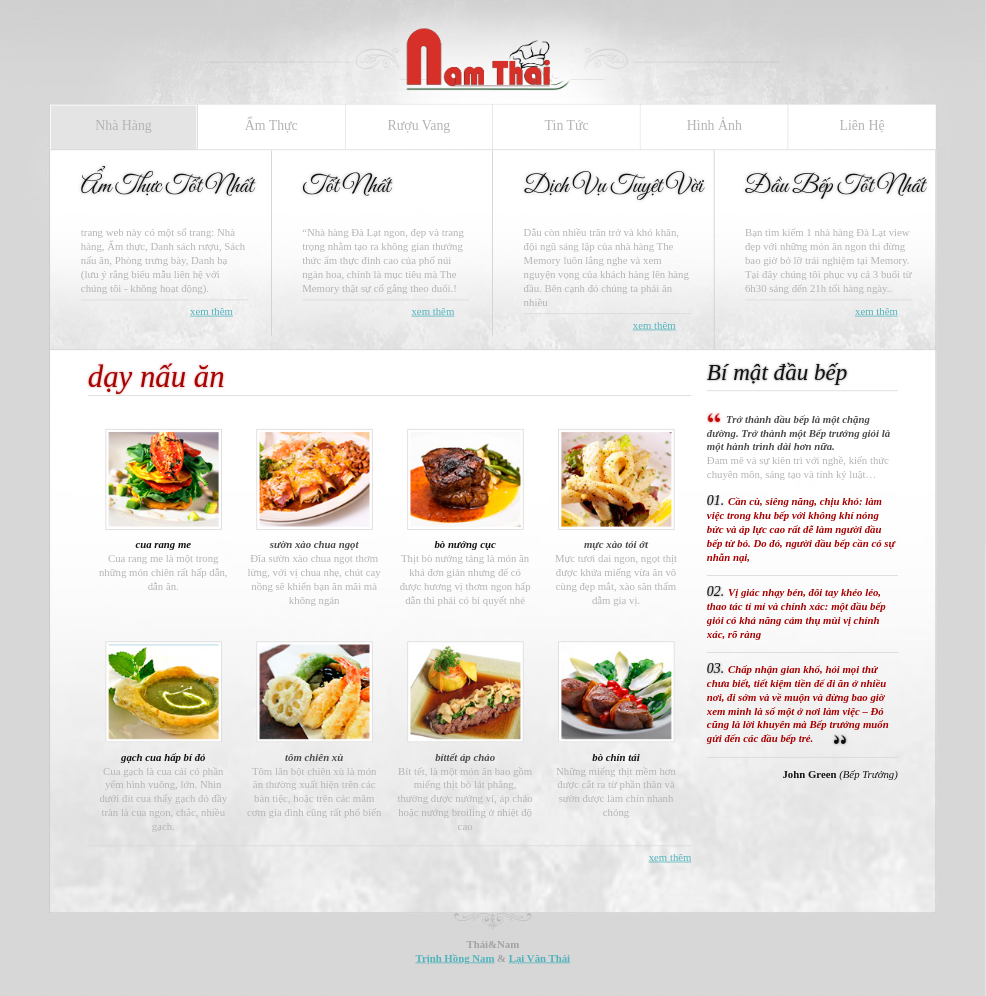
Repository: thaiLVT/DoAnThucTapNamThai
Page: cookbook.html
An editor plug-in stored every save of this project. The page is shown before and after the next save, followed by the edit.
The browser window is 1280 px wide. The pictures show the whole page, at 77% of full size.

Above is the page before, as saved 2022-05-04 01:02:41.

### cookbook.html
<!DOCTYPE html>
<html lang="en">

<head>
    <title>Cookbook</title>
    <meta charset="utf-8">
    <meta name="viewport" content="width=device-width, initial-scale=1, maximum-scale=1">
    <link rel="stylesheet" type="text/css" media="screen" href="css/reset.css">
    <link rel="stylesheet" type="text/css" media="screen" href="css/style.css">
    <link rel="stylesheet" href="css/zerogrid.css" type="text/css" media="all">
    <link rel="stylesheet" href="css/responsive.css" type="text/css" media="all">
    <link href='http://fonts.googleapis.com/css?family=Great+Vibes' rel='stylesheet' type='text/css'>
    <script type="text/javascript" src="https://ajax.googleapis.com/ajax/libs/jquery/3.6.0/jquery.min.js"></script>
    <script src="js/main.js"></script>
    <script src="js/slider.js"></script>
</head>

<body>
    <div class="bg-top">
        <div class="bgr">
            <!--==============================header=================================-->
            <header>
                <div class="zerogrid">
                    <h1>
                        <a style="width: 14rem;" href="index.html"><img src="images/logo.png" alt=""></a>
                    </h1>
                    <nav>
                        <ul class="menu">
                            <li class="current"><a href="index.html">nhà hàng</a></li>
                            <li><a href="cuisine.html">ẩm thực</a></li>
                            <li><a href="wine_list.html">rượu vang</a></li>
                            <li><a href="cookbook.html">tin tức</a></li>
                            <li><a href="gallery.html">hình ảnh</a></li>
                            <li><a href="contacts.html">liên hệ</a></li>
                        </ul>
                        <div class="clear"></div>
                    </nav>
                </div>
            </header>
            <!--==============================content================================-->
            <section id="content">
                <div class="zerogrid">
                    <div class="block-1">
                        <div class="col-1-4">
                            <div class="pad border-right">
                                <div class="block-1-title">
                                    <div class="text-1">ẩm thực tốt nhất</div>
                                    <strong class="clear"></strong>
                                </div>
                                <p class="border-1">trang web này có một số trang: Nhà hàng, Ẩm thực, Danh sách rượu, Sách nấu ăn, Phòng trưng bày, Danh bạ (lưu ý rằng biểu mẫu liên hệ với chúng tôi - không hoạt động).</p>
                                <a href="#" class="link-1">xem thêm</a>
                            </div>
                        </div>
                        <div class="col-1-4">
                            <div class="pad border-right">
                                <div class="block-1-title">
                                    <div class="text-1">tốt nhất</div>
                                    <strong class="clear"></strong>
                                </div>
                                <p class="border-1">“Nhà hàng Đà Lạt ngon, đẹp và trang trọng nhằm tạo ra không gian thưởng thức ẩm thực đỉnh cao của phố núi ngàn hoa, chính là mục tiêu mà The Memory thật sự cố gắng theo đuổi.!</p>
                                <a href="#" class="link-1">xem thêm</a>
                            </div>
                        </div>
                        <div class="col-1-4">
                            <div class="pad border-right">
                                <div class="block-1-title">
                                    <div class="text-1">dịch vụ tuyệt vời </div>
                                    <strong class="clear"></strong>
                                </div>
                                <p class="border-1"> Dẫu còn nhiều trăn trở và khó khăn, đội ngũ sáng lập của nhà hàng The Memory luôn lắng nghe và xem nguyện vọng của khách hàng lên hàng đầu. Bên cạnh đó chúng ta phải ăn nhiều</p>
                                <a href="#" class="link-1">xem thêm</a>
                            </div>
                        </div>
                        <div class="col-1-4">
                            <div class="pad">
                                <div class="block-1-title">
                                    <div class="text-1">đầu bếp tốt nhất</div>
                                    <strong class="clear"></strong>
                                </div>
                                <p class="border-1">Bạn tìm kiếm 1 nhà hàng Đà Lạt view đẹp với những món ăn ngon thì đừng bao giờ bỏ lỡ trải nghiệm tại Memory. Tại đây chúng tôi phục vụ cả 3 buổi từ 6h30 sáng đến 21h tối hàng ngày..</p>
                                <a href="#" class="link-1">xem thêm</a>
                            </div>
                        </div>
                    </div>
                    <div class="block-2 pad-2">
                        <div class="col-3-4">
                            <div class="wrap-col">
                                <h2 class="h2-line-3">dạy nấu ăn</h2>
                                <div class="box-5 top-4">
                                    <div class="col-1-4">
                                        <div class="wrap-col margin5">
                                            <div class="img-border"><img src="images/page4-img1.jpg" alt=""></div>
                                            <p><span class="it-bold clr-1">cua rang me</span><br>Cua rang me là một trong những món chiên rất hấp dẫn, dẫn ăn. </p>
                                        </div>
                                    </div>
                                    <div class="col-1-4">
                                        <div class="wrap-col margin5">
                                            <div class="img-border"><img src="images/page4-img2.jpg" alt=""></div>
                                            <p><span class="it-bold clr-2">sườn xào chua ngọt</span><br>Đĩa sườn xào chua ngọt thơm lừng, với vị chua nhẹ, chút cay nồng sẽ khiến bạn ăn mãi mà không ngán</p>
                                        </div>
                                    </div>
                                    <div class="col-1-4">
                                        <div class="wrap-col margin5">
                                            <div class="img-border"><img src="images/page4-img3.jpg" alt=""></div>
                                            <p><span class="it-bold clr-1">bò nướng cục </span><br>Thịt bò nướng tảng là món ăn khá đơn giản nhưng để có được hương vị thơm ngon hấp dẫn thì phải có bí quyết nhé</p>
                                        </div>
                                    </div>
                                    <div class="col-1-4">
                                        <div class="wrap-col margin5">
                                            <div class="img-border"><img src="images/page4-img4.jpg" alt=""></div>
                                            <p><span class="it-bold clr-2">mực xào tỏi ớt </span><br>Mực tươi dai ngon, ngọt thịt được khứa miếng vừa ăn vô cùng đẹp mắt, xào săn thấm dẫm gia vị. </p>
                                        </div>
                                    </div>
                                </div>
                                <div class="box-5 top-5 border-1">
                                    <div class="col-1-4">
                                        <div class="wrap-col margin5">
                                            <div class="img-border"><img src="images/page4-img5.jpg" alt=""></div>
                                            <p><span class="it-bold clr-1">gạch cua hấp bí đỏ </span><br>Cua gạch là cua cái có phần yếm hình vuông, lớn. Nhìn dưới đít cua thấy gạch đỏ đầy tràn là cua ngon, chắc, nhiều gạch. </p>
                                        </div>
                                    </div>
                                    <div class="col-1-4">
                                        <div class="wrap-col margin5">
                                            <div class="img-border"><img src="images/page4-img6.jpg" alt=""></div>
                                            <p><span class="it-bold clr-2">tôm chiên xù </span><br>Tôm lăn bột chiên xù là món ăn thường xuất hiện trên các bàn tiệc, hoặc trên các mâm cơm gia đình cũng rất phổ biến </p>
                                        </div>
                                    </div>
                                    <div class="col-1-4">
                                        <div class="wrap-col margin5">
                                            <div class="img-border"><img src="images/page4-img7.jpg" alt=""></div>
                                            <p><span class="it-bold clr-2">bíttết áp chảo</span><br>Bít tết, là một món ăn bao gồm miếng thịt bò lát phẳng, thường được nướng vỉ, áp chảo hoặc nướng broiling ở nhiệt độ cao</p>
                                        </div>
                                    </div>
                                    <div class="col-1-4">
                                        <div class="wrap-col margin5">
                                            <div class="img-border"><img src="images/page4-img8.jpg" alt=""></div>
                                            <p><span class="it-bold clr-1">bò chín tái </span><br>Những miếng thịt mềm hơn được cắt ra từ phần thăn và sườn được làm chín nhanh chóng</p>
                                        </div>
                                    </div>
                                </div>
                                <a href="#" class="link-1">xem thêm</a>
                            </div>
                        </div>
                        <div class="col-1-4">
                            <div class="wrap-col">
                                <h5 class="h5-line">Bí mật đầu bếp</h5>
                                <div class="comment-2">
                                    <p><img src="images/comment-top-2.png" alt=""><span class="clr-2 it-bold">Trở thành đầu bếp là một chặng đường. Trở thành một Bếp trưởng giỏi là một hành trình dài hơn nữa.</span><br> Đam mê và sự kiên trì với nghề, kiến
                                        thức chuyên môn, sáng tạo và tính kỷ luật…</p>
                                    <div class="number"><strong>01.</strong><span class="clr-3 it-bold">Cần cù, siêng năng, chịu khó: làm việc trong khu bếp với không khí nóng bức và áp lực cao rất dễ làm người đầu bếp từ bỏ. Do đó, người đầu bếp cần có sự nhẫn nại,</span></div>
                                    <div class="number"><strong>02.</strong><span class="clr-3 it-bold">Vị giác nhạy bén, đôi tay khéo léo, thao tác tỉ mỉ và chính xác: một đầu bếp giỏi có khả năng cảm thụ mùi vị chính xác, rõ ràng</span></div>
                                    <div class="number"><strong>03.</strong><span class="clr-3 it-bold">Chấp nhận gian khổ, hỏi mọi thứ chưa biết, tiết kiệm tiền để đi ăn ở nhiều nơi, đi sớm và về muộn và đừng bao giờ xem mình là số một ở nơi làm việc – Đó cũng là lời khuyên mà Bếp trưởng muốn gửi đến các đầu bếp trẻ. <img src="images/comment-bottom-2.png" alt="" class="second" ></span></div>
                                    <span class="clr-1"><strong>John Green</strong> <i>(Bếp Trưởng)</i></span>
                                </div>
                            </div>
                        </div>
                    </div>
                </div>
            </section>

            <!--==============================footer=================================-->
            <footer>
                <div class="zerogrid">
                    <p>Thái&Nam<br>
                        <a rel="nofollow" href="https://www.facebook.com/hongnam.trinh.56" target="_blank" class="link">Trịnh Hồng Nam</a> & <a rel="nofollow" href="https://www.facebook.com/laivanthai.1611" class="link">Lại Văn Thái</a></p>
                </div>
            </footer>
        </div>
    </div>
</body>

</html>

### css/zerogrid.css
/*
Zerotheme.com | Free Html5 Responsive Templates
Zerogrid - A Single Grid System for Responsive Design
Author: Kimmy
Version : 2.1
Author URI: https://www.zerotheme.com/
*/


/* -------------------------------------------- */


/* ------------------Grid System--------------- */

.zerogrid {
    width: 90vw;
    position: relative;
    margin: 0 auto;
    padding: 0px;
}

.zerogrid:after {
    content: "\0020";
    display: block;
    height: 0;
    clear: both;
    visibility: hidden;
}

.zerogrid .row {}

.zerogrid .row:before,
.row:after {
    content: '\0020';
    display: block;
    overflow: hidden;
    visibility: hidden;
    width: 0;
    height: 0;
}

.zerogrid .row:after {
    clear: both;
}

.zerogrid .row {
    zoom: 1;
}

.zerogrid .wrap-col {
    margin: 10px;
}

.zerogrid .col-1-2,
.zerogrid .col-1-3,
.zerogrid .col-2-3,
.zerogrid .col-1-4,
.zerogrid .col-2-4,
.zerogrid .col-3-4,
.zerogrid .col-1-5,
.zerogrid .col-2-5,
.zerogrid .col-3-5,
.zerogrid .col-4-5,
.zerogrid .col-1-6,
.zerogrid .col-2-6,
.zerogrid .col-3-6,
.zerogrid .col-4-6,
.zerogrid .col-5-6 {
    float: left;
    display: inline-block;
}

.zerogrid .col-full {
    width: 100%;
}

.zerogrid .col-1-2 {
    width: 50%;
}

.zerogrid .col-1-3 {
    width: 33.33%;
}

.zerogrid .col-2-3 {
    width: 66.66%;
}

.zerogrid .col-1-4 {
    width: 25%;
}

.zerogrid .col-2-4 {
    width: 50%;
}

.zerogrid .col-3-4 {
    width: 75%;
}

.zerogrid .col-1-5 {
    width: 20%;
}

.zerogrid .col-2-5 {
    width: 40%;
}

.zerogrid .col-3-5 {
    width: 60%;
}

.zerogrid .col-4-5 {
    width: 80%;
}

.zerogrid .col-1-6 {
    width: 16.66%;
}

.zerogrid .col-2-6 {
    width: 33.33%;
}

.zerogrid .col-3-6 {
    width: 50%;
}

.zerogrid .col-4-6 {
    width: 66.66%;
}

.zerogrid .col-5-6 {
    width: 83.33%;
}

@media only screen and (min-width: 768px) and (max-width: 949px) {
    .zerogrid {
        width: 90vw;
    }
    .text-1 {
        font-size: 1.2rem !important;
    }
}

@media only screen and (max-width: 767px) {
    .zerogrid {
        width: 100%;
    }
    .text-1 {
        font-size: 1.2rem !important;
    }
}

@media only screen and (min-width: 620px) and (max-width: 767px) {
    .zerogrid {
        width: 100%;
    }
    .text-1 {
        font-size: 1.2rem !important;
    }
}

@media only screen and (max-width: 619px) {
    .zerogrid,
    .zerogrid .col-1-2,
    .zerogrid .col-1-3,
    .zerogrid .col-2-3,
    .zerogrid .col-1-4,
    .zerogrid .col-2-4,
    .zerogrid .col-3-4,
    .zerogrid .col-1-5,
    .zerogrid .col-2-5,
    .zerogrid .col-3-5,
    .zerogrid .col-4-5,
    .zerogrid .col-1-6,
    .zerogrid .col-2-6,
    .zerogrid .col-3-6,
    .zerogrid .col-4-6,
    .zerogrid .col-5-6 {
        width: 100%;
    }
}

### css/responsive.css
html {
    -webkit-text-size-adjust: none;
}

.video embed,
.video object,
.video iframe {
    width: 100%;
    height: auto;
}

img {
    max-width: 100%;
    height: auto;
    width: auto\9;
    /* ie8 */
}


/*------------------------*/

@media only screen and (max-width: 949px) {
    header {
        text-align: center;
    }
    h1 {
        background: none;
        margin-left: 0;
        padding-left: 0;
        width: auto;
    }
    ul.menu li:first-child a {
        width: 124px !important;
    }
    ul.menu li a {
        width: 125px;
        font-size: 18px;
        line-height: 24px;
        padding: 14px 0 19px 0;
    }
    .box-4 h4 {
        font-size: 16px;
        line-height: 28px;
    }
    #form {
        width: 210px;
    }
    #form input {
        width: 118px;
    }
    #form textarea {
        width: 128px;
    }
    .btns {
        width: 210px;
    }
}

@media only screen and (max-width: 767px) {
    nav {
        border: none;
    }
    ul.menu li {
        border: #d3d3d3 1px solid;
        border-left: none;
    }
    .box-4 h4 {
        font-size: 24px;
        line-height: 38px;
    }
}

@media only screen and (max-width: 600px) {
    #form {
        width: 310px;
    }
    #form input {
        width: 218px;
    }
    #form textarea {
        width: 228px;
    }
    .btns {
        width: 310px;
    }
}

@media only screen and (max-width: 420px) {
    #form {
        width: 210px;
    }
    #form input {
        width: 118px;
    }
    #form textarea {
        width: 128px;
    }
    .btns {
        width: 210px;
    }
}

Loaded but not shown: css/reset.css (common file); js/slider.js (66 lines, source omitted); js/main.js (4 lines, source omitted); css/style.css (878 lines, source omitted)

After the next save:
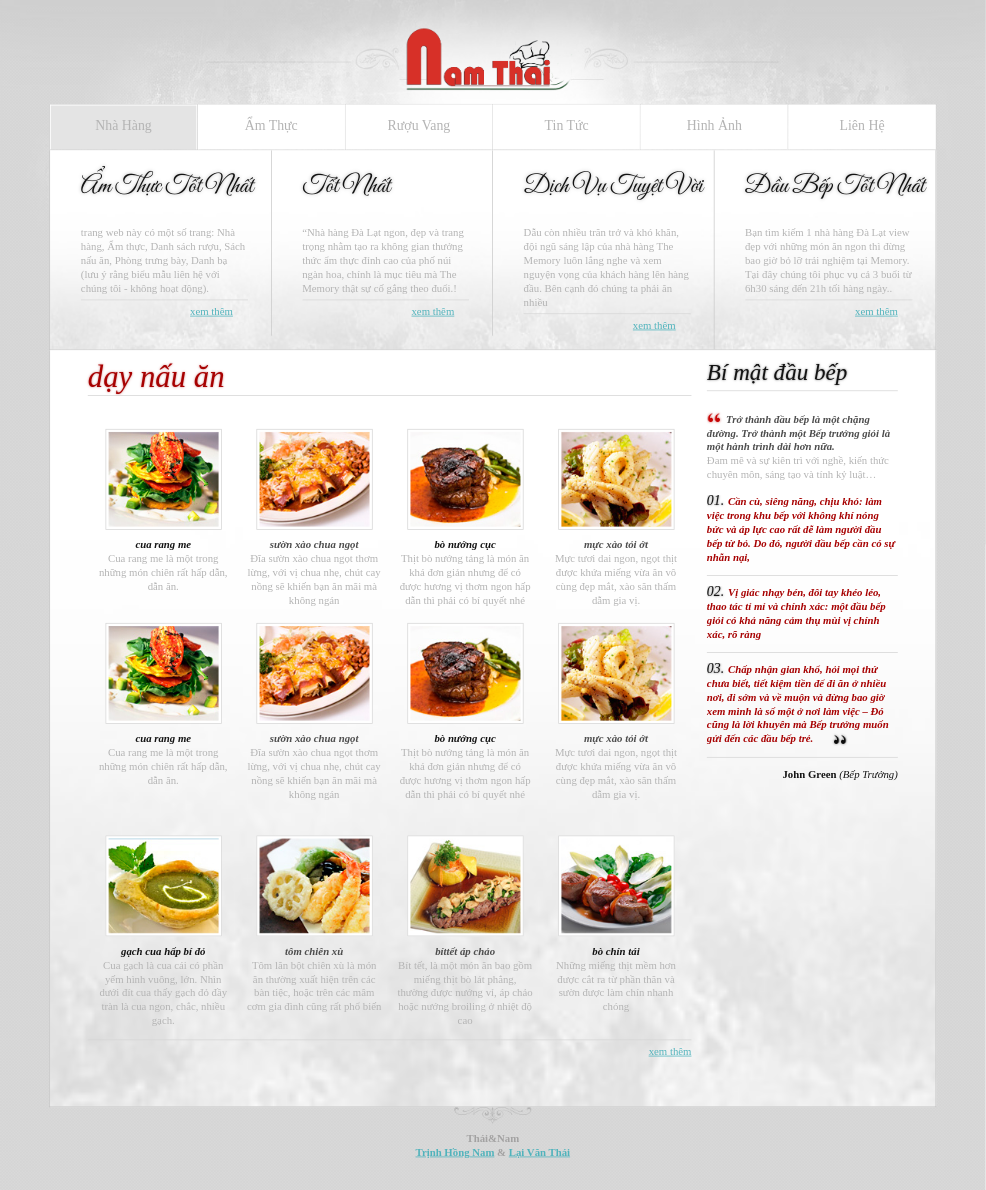
Saved 33 s later.
--- a/cookbook.html
+++ b/cookbook.html
@@ -111,6 +111,30 @@
                                             <p><span class="it-bold clr-2">mực xào tỏi ớt </span><br>Mực tươi dai ngon, ngọt thịt được khứa miếng vừa ăn vô cùng đẹp mắt, xào săn thấm dẫm gia vị. </p>
                                         </div>
                                     </div>
+                                    <div class="col-1-4">
+                                        <div class="wrap-col margin5">
+                                            <div class="img-border"><img src="images/page4-img1.jpg" alt=""></div>
+                                            <p><span class="it-bold clr-1">cua rang me</span><br>Cua rang me là một trong những món chiên rất hấp dẫn, dẫn ăn. </p>
+                                        </div>
+                                    </div>
+                                    <div class="col-1-4">
+                                        <div class="wrap-col margin5">
+                                            <div class="img-border"><img src="images/page4-img2.jpg" alt=""></div>
+                                            <p><span class="it-bold clr-2">sườn xào chua ngọt</span><br>Đĩa sườn xào chua ngọt thơm lừng, với vị chua nhẹ, chút cay nồng sẽ khiến bạn ăn mãi mà không ngán</p>
+                                        </div>
+                                    </div>
+                                    <div class="col-1-4">
+                                        <div class="wrap-col margin5">
+                                            <div class="img-border"><img src="images/page4-img3.jpg" alt=""></div>
+                                            <p><span class="it-bold clr-1">bò nướng cục </span><br>Thịt bò nướng tảng là món ăn khá đơn giản nhưng để có được hương vị thơm ngon hấp dẫn thì phải có bí quyết nhé</p>
+                                        </div>
+                                    </div>
+                                    <div class="col-1-4">
+                                        <div class="wrap-col margin5">
+                                            <div class="img-border"><img src="images/page4-img4.jpg" alt=""></div>
+                                            <p><span class="it-bold clr-2">mực xào tỏi ớt </span><br>Mực tươi dai ngon, ngọt thịt được khứa miếng vừa ăn vô cùng đẹp mắt, xào săn thấm dẫm gia vị. </p>
+                                        </div>
+                                    </div>
                                 </div>
                                 <div class="box-5 top-5 border-1">
                                     <div class="col-1-4">
